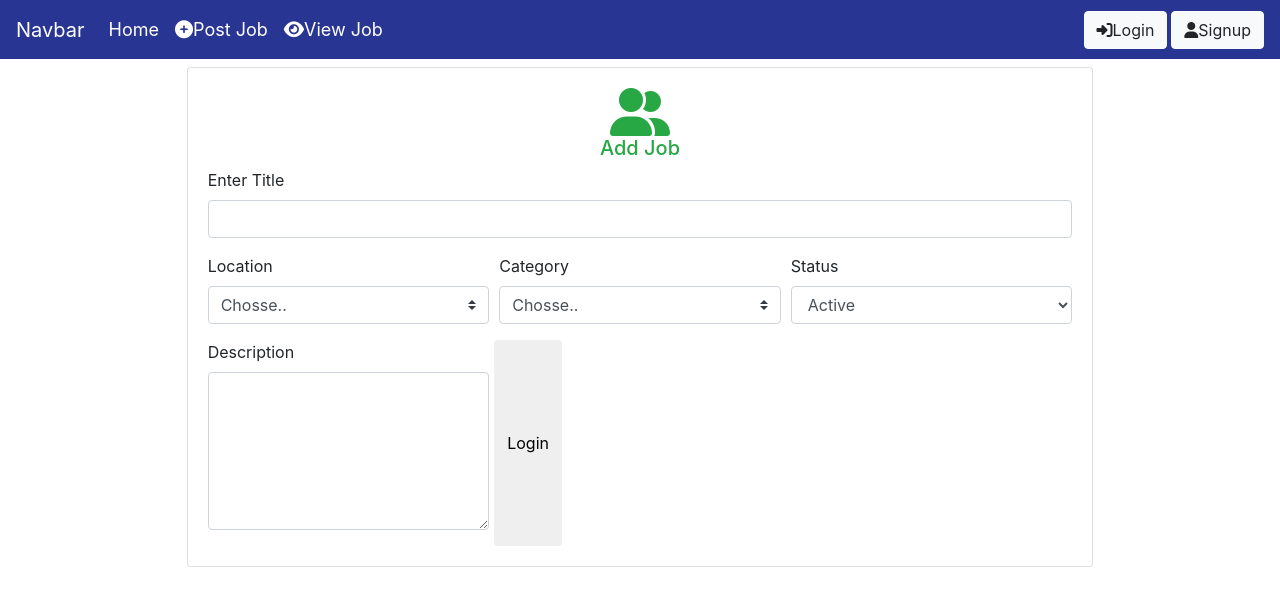
Repository: Pankaj08072001/Adv_Java
Page: http://localhost/06_Job_portal_Project/add_job.jsp
These files come from the project's save history. The page is drawn as it stood at one moment and after the next save; the edit follows.
The browser window is 1280 px wide. The pictures show the whole page.
Some web libraries are served in a nearby version. The page is served by Tomcat 9. Other server files are loaded and not shown.

Above is the page before, as saved 2025-03-13 21:05:48.

### 06_Job_portal_Project/src/main/webapp/add_job.jsp
<%@ page language="java" contentType="text/html; charset=UTF-8"
	pageEncoding="UTF-8"%>
<!DOCTYPE html>
<html>
<head>
<meta charset="UTF-8">
<title>Add_Job</title>
<%@include file="All_component/All_css.jsp"%>
</head>
<body>
	<%@include file="All_component/Navbar.jsp"%>
	<div class="container p-2">
		<div class="col-md-10 offset-md-1">
			<div class="card">
				<div class="card-body">
					<div class="text-center text-success">
						<i class="fa fa-user-friends fa-3x"></i>
						<h5>Add Job</h5>
					</div>
					<%--  <c:if test= "${not empty succMsg}">
						<div class="alert alert-success" role="alert">${succMsg} </div>
						<c:remove var="succMsg"/>
						</c:if>
						--%>

					<form action="addjob" method="post">
						<div class="form-group">
							<label>Enter Title</label><input type="text" required="required"
								class="form-control" name="title">
						</div>
						<div class="form-row">
							<div class="form-group col-md-4">
								<label>Location </label> <select name="Location"
									class="custom-select" id="inlineFormCustomSelectPref">
									<option selected>Chosse..</option>
									<option value="Odisha">Odisha</option>
									<option value="Utter Pardesh">Utter Pardesh</option>
									<option value="Haryana">Haryana</option>
									<option value="Gujurat">Gujurat</option>
									<option value="Delhi">Delhi</option>
									<option value="Chennai">Chennai</option>
									<option value="Hydrabaad">Hydrabaad</option>
									<option value="Jharkhand">Jharkhand</option>
									<option value="Pune">Pune</option>
								</select>
							</div>
							<div class="form-group col-md-4">
								<label>Category </label> <select name="Category"
									class="custom-select" id="inlineFormCustomSelectPref">
									<option selected>Chosse..</option>
									<option value="IT">IT</option>
									<option value="Developer">Developer</option>
									<option value="Banking">Banking</option>
									<option value="Teacher">Teacher</option>
								</select>
							</div>
							<div class="form-group col-md-4">
								<label>Status</label> <select name="Status"
									class="form-control" id="inlineFormCustomSelectPref">
									<option class="Active" value="Active">Active</option>
									<option class="Inactive" value="Inactive">Inactive</option>

								</select>
							</div>
							<div class="form-group col-md-4">
								<label>Description </label>
								<textarea required rows="6" cols="" name="desc" class="form-control"></textarea>
							</div>

							<button class="btn btn-">Login</button>
					</form>

				</div>
			</div>
		</div>
	</div>
	</div>
</body>
</html>

### 06_Job_portal_Project/src/main/webapp/All_component/All_css.jsp
<link rel="stylesheet"
	href="https://cdn.jsdelivr.net/npm/bootstrap@4.0.0/dist/css/bootstrap.min.css"
	integrity="sha384-Gn5384xqQ1aoWXA+058RXPxPg6fy4IWvTNh0E263XmFcJlSAwiGgFAW/dAiS6JXm"
	crossorigin="anonymous">


<script src="https://code.jquery.com/jquery-3.2.1.slim.min.js"
	integrity="sha384-KJ3o2DKtIkvYIK3UENzmM7KCkRr/rE9/Qpg6aAZGJwFDMVNA/GpGFF93hXpG5KkN"
	crossorigin="anonymous"></script>
<script
	src="https://cdn.jsdelivr.net/npm/popper.js@1.12.9/dist/umd/popper.min.js"
	integrity="sha384-ApNbgh9B+Y1QKtv3Rn7W3mgPxhU9K/ScQsAP7hUibX39j7fakFPskvXusvfa0b4Q"
	crossorigin="anonymous"></script>
<script
	src="https://cdn.jsdelivr.net/npm/bootstrap@4.0.0/dist/js/bootstrap.min.js"
	integrity="sha384-JZR6Spejh4U02d8jOt6vLEHfe/JQGiRRSQQxSfFWpi1MquVdAyjUar5+76PVCmYl"
	crossorigin="anonymous"></script>

<link rel="stylesheet"
	href="https://cdnjs.cloudflare.com/ajax/libs/font-awesome/6.7.2/css/all.min.css"
	integrity="sha512-Evv84Mr4kqVGRNSgIGL/F/aIDqQb7xQ2vcrdIwxfjThSH8CSR7PBEakCr51Ck+w+/U6swU2Im1vVX0SVk9ABhg=="
	crossorigin="anonymous" referrerpolicy="no-referrer" />

	<link rel="Stylesheet" href ="All_component/Style.css" >

### 06_Job_portal_Project/src/main/webapp/All_component/Navbar.jsp
<nav class="navbar navbar-expand-lg navbar-dark bg-custom">
	<a class="navbar-brand" href="#">Navbar</a>
	<button class="navbar-toggler" type="button" data-toggle="collapse"
		data-target="#navbarSupportedContent"
		aria-controls="navbarSupportedContent" aria-expanded="false"
		aria-label="Toggle navigation">
		<span class="navbar-toggler-icon"></span>
	</button>

	<div class="collapse navbar-collapse" id="navbarSupportedContent">
		<ul class="navbar-nav mr-auto">
			<li class="nav-item active"><a class="nav-link" href="#">Home
					<span class="sr-only">(current)</span>
			</a></li>
			<li class="nav-item"><a class="nav-link" href="#"><i class="fas fa-plus-circle"></i>Post Job</a></li>
			<li class="nav-item"><a class="nav-link" href="#"><i class="fas fa-eye"></i>View Job</a></li>

		</ul>
		<form class="form-inline my-2 my-lg-0">
			<a href="login.jsp" class="btn btn-light mr-1"> <i class="fas fa-sign-in-alt"></i>Login</a>
			<a href ="Signup.jsp" class="btn btn-light"><i class="fas fa-user"></i>Signup</a>
		</form>
	</div>
</nav>

### 06_Job_portal_Project/src/main/webapp/All_component/Style.css
body{
	padding : 0;
	margin:0;
}

.bg-custom{
	background : #283593 !important;

}
.navbar .nav-item .nav-link{
	font-size: 18px;
	color : white;
}
.navbar .nav-item:hover .nav-link{
	background : white ;
	color : black;
	border-radius: 10px;
}

After the next save:
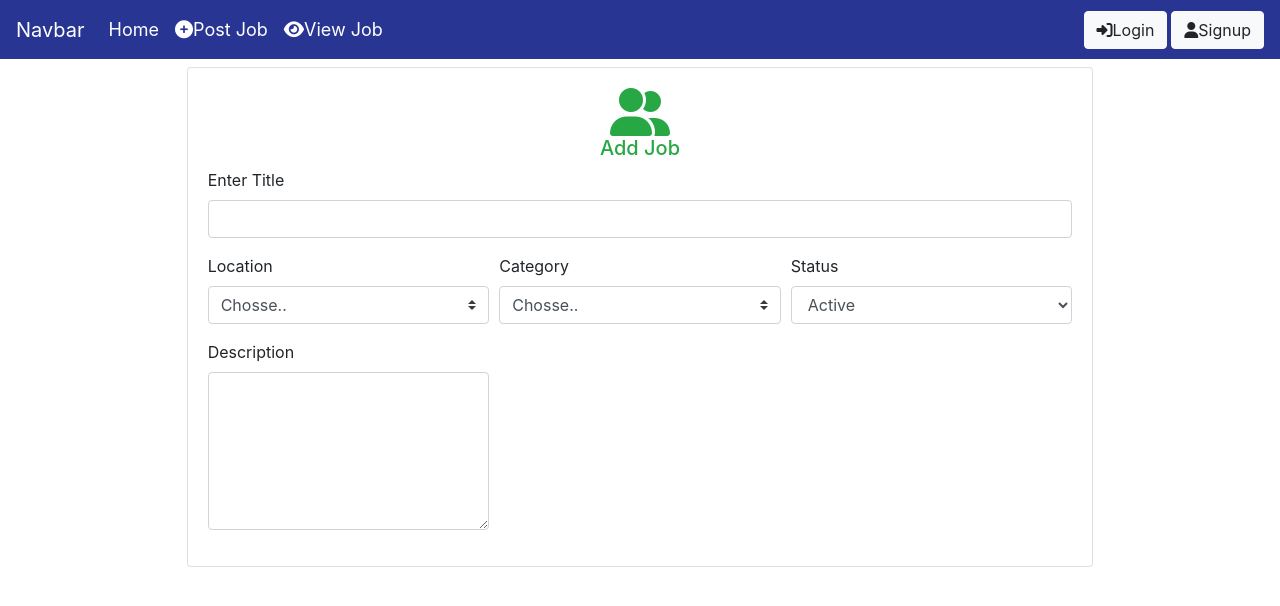
Saved 33 s later.
--- a/06_Job_portal_Project/src/main/webapp/add_job.jsp
+++ b/06_Job_portal_Project/src/main/webapp/add_job.jsp
@@ -67,13 +67,6 @@
 								<textarea required rows="6" cols="" name="desc" class="form-control"></textarea>
 							</div>
 
-							<button class="btn btn-">Login</button>
-					</form>
 
-				</div>
-			</div>
-		</div>
-	</div>
-	</div>
 </body>
 </html>
